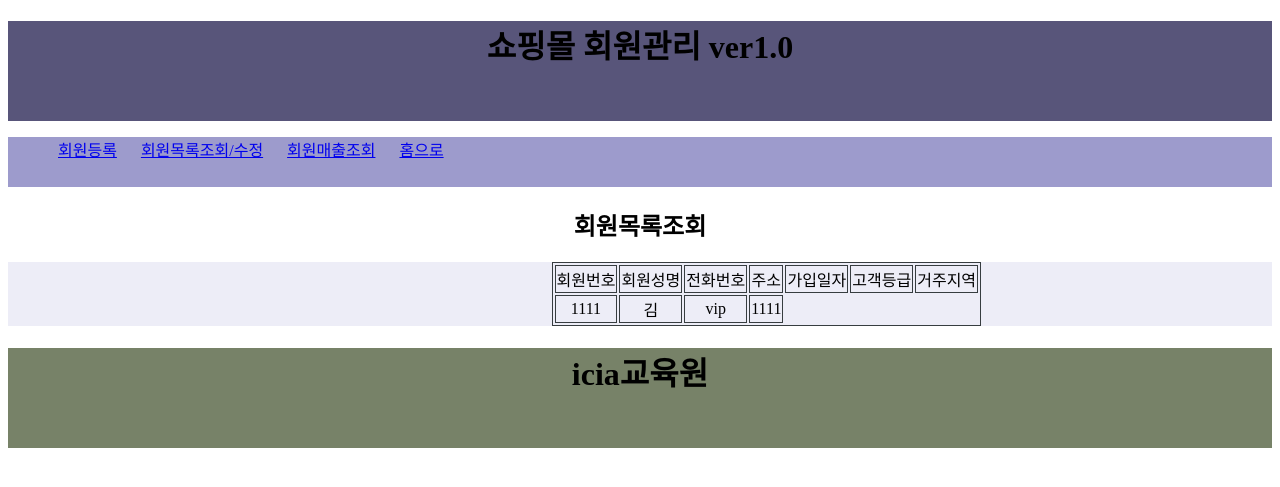
Repository: Kim-seongjun/javastudy2
Page: http://localhost/back_end_test/memberlist
These files come from the project's save history. The page is drawn as it stood at one moment and after the next save; the edit follows.
The browser window is 1280 px wide. The pictures show the whole page.
The page is served by Tomcat 9.

Above is the page before, as saved 2020-01-22 07:14:20.

After the next save:
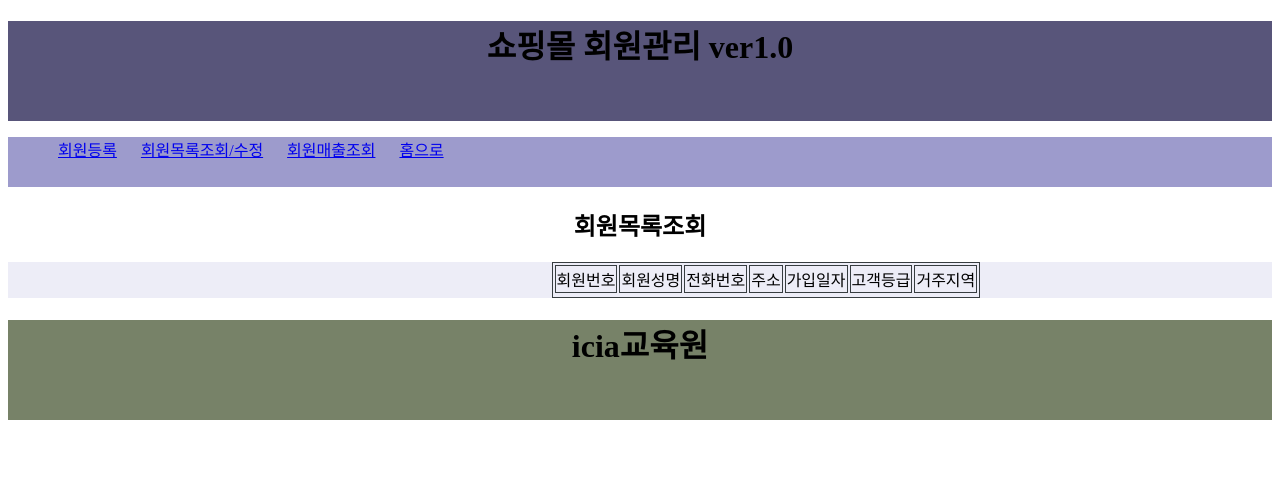
Saved 20 s later.
--- a/back_end_test/WebContent/memberlist.jsp
+++ b/back_end_test/WebContent/memberlist.jsp
@@ -67,10 +67,7 @@ tr td {
 						<td>거주지역</td>
 					</tr>
 					<tr>
-						<td>1111</td>
-						<td>김</td>
-						<td>vip</td>
-						<td>1111</td>
+
 					</tr>
 				</table>
 			</form>
